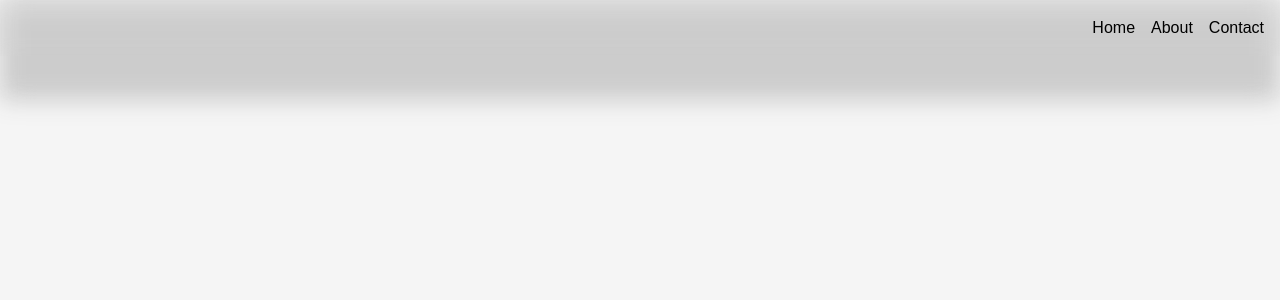
Repository: Iban-del/PortfolioV2
Page: /
The author's editor kept a copy of each file at every save. The page is drawn from the files as they stood at one save, then again after a run of saves.
The browser window is 1280 px wide. The pictures show the whole page.
The project was rebuilt for these pictures with package versions that can differ from the ones it lists, and the page was loaded fresh each time. Also part of the build but not shown: vite.config.ts.

Above is the page before, as saved 2026-09-16 15:00:16.

### index.html
<!doctype html>
<html lang="en">
  <head>
    <meta charset="UTF-8" />
    <link rel="icon" type="image/svg+xml" href="/favicon.svg" />
    <meta name="viewport" content="width=device-width, initial-scale=1.0" />
    <title>portfoliov2</title>
  </head>
  <body>
    <div id="root"></div>
    <script type="module" src="/src/main.tsx"></script>
  </body>
</html>

### src/index.css
@import "tailwindcss";


@custom-variant dark (&:is(.dark *));

@theme inline {
  --font-heading: var(--font-sans);
  --font-sans: 'Inter Variable', sans-serif;
  --color-sidebar-ring: var(--sidebar-ring);
  --color-sidebar-border: var(--sidebar-border);
  --color-sidebar-accent-foreground: var(--sidebar-accent-foreground);
  --color-sidebar-accent: var(--sidebar-accent);
  --color-sidebar-primary-foreground: var(--sidebar-primary-foreground);
  --color-sidebar-primary: var(--sidebar-primary);
  --color-sidebar-foreground: var(--sidebar-foreground);
  --color-sidebar: var(--sidebar);
  --color-chart-5: var(--chart-5);
  --color-chart-4: var(--chart-4);
  --color-chart-3: var(--chart-3);
  --color-chart-2: var(--chart-2);
  --color-chart-1: var(--chart-1);
  --color-ring: var(--ring);
  --color-input: var(--input);
  --color-border: var(--border);
  --color-destructive: var(--destructive);
  --color-accent-foreground: var(--accent-foreground);
  --color-accent: var(--accent);
  --color-muted-foreground: var(--muted-foreground);
  --color-muted: var(--muted);
  --color-secondary-foreground: var(--secondary-foreground);
  --color-secondary: var(--secondary);
  --color-primary-foreground: var(--primary-foreground);
  --color-primary: var(--primary);
  --color-popover-foreground: var(--popover-foreground);
  --color-popover: var(--popover);
  --color-card-foreground: var(--card-foreground);
  --color-card: var(--card);
  --color-foreground: var(--foreground);
  --color-background: var(--background);
  --radius-sm: calc(var(--radius) * 0.6);
  --radius-md: calc(var(--radius) * 0.8);
  --radius-lg: var(--radius);
  --radius-xl: calc(var(--radius) * 1.4);
  --radius-2xl: calc(var(--radius) * 1.8);
  --radius-3xl: calc(var(--radius) * 2.2);
  --radius-4xl: calc(var(--radius) * 2.6);
  @keyframes snake {
  0%, 100% {
    clip-path: inset(0 0 95% 0);
    }
  25% {
    clip-path: inset(0 95% 0 0);
    }
  50% {
    clip-path: inset(95% 0 0 0);
    }
  75% {
    clip-path: inset(0 0 0 95%);
    }
  }
  @keyframes shimmer {
  0% {
    transform: translateX(-100%);
    }
  100% {
    transform: translateX(100%);
    }
  }
}

/* --- Échelle purple (Radix-like) --- */
:root, .light, .light-theme {
  --purple-1: #fdfcfe;
  --purple-2: #fbf8fd;
  --purple-3: #f6eefd;
  --purple-4: #f0e3fb;
  --purple-5: #e9d6f7;
  --purple-6: #dfc6f0;
  --purple-7: #d1b0e7;
  --purple-8: #bf94dc;
  --purple-9: #aa80c6;
  --purple-10: #9e74b9;
  --purple-11: #7c5396;
  --purple-12: #432157;

  --purple-a1: #5500aa03;
  --purple-a2: #6e00b707;
  --purple-a3: #7800e111;
  --purple-a4: #7700db1c;
  --purple-a5: #7700ce29;
  --purple-a6: #7000bc39;
  --purple-a7: #6b00b24f;
  --purple-a8: #6701ac6b;
  --purple-a9: #55008d7f;
  --purple-a10: #4d007f8b;
  --purple-a11: #3d0064ac;
  --purple-a12: #27003ede;

  --purple-contrast: #fff;
  --purple-surface: #faf6fdcc;
  --purple-indicator: #aa80c6;
  --purple-track: #aa80c6;
}

@supports (color: color(display-p3 1 1 1)) {
  @media (color-gamut: p3) {
    :root, .light, .light-theme {
      --purple-1: oklch(99.3% 0.0034 311.1);
      --purple-2: oklch(98.2% 0.0082 311.1);
      --purple-3: oklch(95.9% 0.0215 311.1);
      --purple-4: oklch(93.3% 0.035 311.1);
      --purple-5: oklch(90.1% 0.0489 311.1);
      --purple-6: oklch(86% 0.0639 311.1);
      --purple-7: oklch(80.4% 0.0836 311.1);
      --purple-8: oklch(73.3% 0.1106 311.1);
      --purple-9: oklch(66.6% 0.1106 311.1);
      --purple-10: oklch(62.7% 0.1106 311.1);
      --purple-11: oklch(51.5% 0.1106 311.1);
      --purple-12: oklch(32.1% 0.0983 311.1);

      --purple-a1: color(display-p3 0.349 0.0235 0.6745 / 0.012);
      --purple-a2: color(display-p3 0.302 0.0235 0.7216 / 0.028);
      --purple-a3: color(display-p3 0.4157 0.0078 0.8275 / 0.067);
      --purple-a4: color(display-p3 0.3961 0.0039 0.7882 / 0.11);
      --purple-a5: color(display-p3 0.3765 0.0039 0.7529 / 0.157);
      --purple-a6: color(display-p3 0.3608 0.0039 0.6824 / 0.22);
      --purple-a7: color(display-p3 0.349 0.0039 0.6431 / 0.306);
      --purple-a8: color(display-p3 0.3255 0.0039 0.6196 / 0.412);
      --purple-a9: color(display-p3 0.2745 0.0039 0.5137 / 0.491);
      --purple-a10: color(display-p3 0.251 0 0.4627 / 0.538);
      --purple-a11: color(display-p3 0.1961 0 0.3608 / 0.667);
      --purple-a12: color(display-p3 0.1216 0 0.2235 / 0.863);

      --purple-contrast: #fff;
      --purple-surface: color(display-p3 0.9765 0.9647 0.9922 / 0.8);
      --purple-indicator: oklch(66.6% 0.1106 311.1);
      --purple-track: oklch(66.6% 0.1106 311.1);
    }
  }
}

.dark, .dark-theme {
  --purple-1: #1e1b20;
  --purple-2: #221d26;
  --purple-3: #312639;
  --purple-4: #3d2c48;
  --purple-5: #463353;
  --purple-6: #513e5f;
  --purple-7: #644d73;
  --purple-8: #7f6392;
  --purple-9: #aa80c6;
  --purple-10: #9e74b9;
  --purple-11: #cda8e6;
  --purple-12: #e7dbf1;

  --purple-a1: #8300e905;
  --purple-a2: #9c32f10c;
  --purple-a3: #bf6afd21;
  --purple-a4: #c46dfc32;
  --purple-a5: #c97bff3e;
  --purple-a6: #ce8efd4c;
  --purple-a7: #d89cff62;
  --purple-a8: #daa5ff85;
  --purple-a9: #daa2ffbf;
  --purple-a10: #d79afeb1;
  --purple-a11: #e3b9ffe3;
  --purple-a12: #f3e7fef0;

  --purple-contrast: #fff;
  --purple-surface: #281e3080;
  --purple-indicator: #aa80c6;
  --purple-track: #aa80c6;
}

@supports (color: color(display-p3 1 1 1)) {
  @media (color-gamut: p3) {
    .dark, .dark-theme {
      --purple-1: oklch(22.6% 0.0114 311.1);
      --purple-2: oklch(24.1% 0.0191 311.1);
      --purple-3: oklch(29% 0.0377 311.1);
      --purple-4: oklch(32.6% 0.0532 311.1);
      --purple-5: oklch(35.7% 0.0577 311.1);
      --purple-6: oklch(39.7% 0.0593 311.1);
      --purple-7: oklch(46% 0.0653 311.1);
      --purple-8: oklch(54.6% 0.0789 311.1);
      --purple-9: oklch(66.6% 0.1106 311.1);
      --purple-10: oklch(62.7% 0.1106 311.1);
      --purple-11: oklch(78.6% 0.0945 311.1);
      --purple-12: oklch(90.7% 0.0327 311.1);

      --purple-a1: color(display-p3 0.3294 0 0.9843 / 0.018);
      --purple-a2: color(display-p3 0.6039 0.2118 0.9961 / 0.04);
      --purple-a3: color(display-p3 0.7098 0.4235 0.9961 / 0.124);
      --purple-a4: color(display-p3 0.7451 0.4706 0.9961 / 0.186);
      --purple-a5: color(display-p3 0.7647 0.5137 1 / 0.234);
      --purple-a6: color(display-p3 0.7961 0.5882 1 / 0.287);
      --purple-a7: color(display-p3 0.8196 0.6314 0.9961 / 0.375);
      --purple-a8: color(display-p3 0.8431 0.6667 1 / 0.507);
      --purple-a9: color(display-p3 0.8353 0.6549 0.9961 / 0.732);
      --purple-a10: color(display-p3 0.8314 0.6353 1 / 0.675);
      --purple-a11: color(display-p3 0.8745 0.7412 0.9961 / 0.873);
      --purple-a12: color(display-p3 0.9569 0.9137 1 / 0.93);

      --purple-contrast: #fff;
      --purple-surface: color(display-p3 0.1569 0.1176 0.1882 / 0.5);
      --purple-indicator: oklch(66.6% 0.1106 311.1);
      --purple-track: oklch(66.6% 0.1106 311.1);
    }
  }
}

/* --- Tokens sémantiques : orange remplacé par purple --- */
:root {
  --background: oklch(97.015% 0.00011 271.152);
  --foreground: oklch(0.289 0 0);
  --card: oklch(1 0 0);
  --card-foreground: oklch(0.289 0 0);
  --popover: oklch(1 0 0);
  --popover-foreground: oklch(0.289 0 0);
  --primary: var(--purple-9);
  --primary-foreground: var(--purple-contrast);
  --secondary: oklch(0.946 0 0);
  --secondary-foreground: oklch(0.409 0 0);
  --muted: oklch(0.97 0 0);
  --muted-foreground: oklch(95.815% 0.00011 271.152);
  --accent: var(--purple-4);
  --accent-foreground: var(--purple-11);
  --destructive: oklch(0.631 0.194 29.442);
  --border: oklch(88.531% 0.0001 271.152);
  --input: oklch(0.885 0 0);
  --ring: var(--purple-9);
  --chart-1: var(--purple-8);
  --chart-2: var(--purple-9);
  --chart-3: var(--purple-10);
  --chart-4: var(--purple-11);
  --chart-5: var(--purple-12);
  --radius: 0.625rem;
  --sidebar: oklch(0.97 0 0);
  --sidebar-foreground: oklch(0.289 0 0);
  --sidebar-primary: var(--purple-9);
  --sidebar-primary-foreground: var(--purple-contrast);
  --sidebar-accent: oklch(0.946 0 0);
  --sidebar-accent-foreground: oklch(0.409 0 0);
  --sidebar-border: oklch(0.885 0 0);
  --sidebar-ring: var(--purple-9);

  /* grille de fond */
  --grid-color: oklch(0.92 0 0);
  --grid-size: 32px;
}

.dark {
  --background: oklch(0.239 0 0);
  --foreground: oklch(0.961 0 0);
  --card: oklch(0.285 0 0);
  --card-foreground: oklch(0.961 0 0);
  --popover: oklch(0.285 0 0);
  --popover-foreground: oklch(0.961 0 0);
  --primary: var(--purple-9);
  --primary-foreground: var(--purple-1);
  --secondary: oklch(0.348 0 0);
  --secondary-foreground: oklch(0.961 0 0);
  --muted: oklch(0.348 0 0);
  --muted-foreground: oklch(0.732 0 0);
  --accent: var(--purple-4);
  --accent-foreground: var(--purple-11);
  --destructive: oklch(0.631 0.194 29.442);
  --border: oklch(1 0 0 / 10%);
  --input: oklch(1 0 0 / 15%);
  --ring: var(--purple-9);
  --chart-1: var(--purple-8);
  --chart-2: var(--purple-9);
  --chart-3: var(--purple-10);
  --chart-4: var(--purple-11);
  --chart-5: var(--purple-12);
  --sidebar: oklch(0.285 0 0);
  --sidebar-foreground: oklch(0.961 0 0);
  --sidebar-primary: var(--purple-9);
  --sidebar-primary-foreground: var(--purple-1);
  --sidebar-accent: var(--purple-4);
  --sidebar-accent-foreground: oklch(0.961 0 0);
  --sidebar-border: oklch(1 0 0 / 10%);
  --sidebar-ring: var(--purple-9);

  --grid-color: oklch(1 0 0 / 8%);
  --grid-size: 32px;
}

@layer base {
  * {
    @apply border-border outline-ring/50;
  }

  html, body, #root {
    height: 100%;
    margin: 0;
    padding: 0;
    background: var(--background);
  }

  body {
    @apply bg-background text-foreground;
    background-image:
      linear-gradient(to right, var(--grid-color) 1px, transparent 1px),
      linear-gradient(to bottom, var(--grid-color) 1px, transparent 1px);
    background-size: var(--grid-size) var(--grid-size);
  }

  html {
    @apply font-sans;
  }
}

@utility animate-snake {
    animation: snake 2s linear infinite;
}

@utility animate-shimmer {
    animation: shimmer 2s infinite;
}

### src/App.tsx
import Nav from "./components/Nav"


const links = [
  { name: "Home", href: "/" },
  { name: "About", href: "/about" },
  { name: "Contact", href: "/contact" },
]

function App() {
    return (
      <>
        <Nav links={links} />
      </>
    )
}

export default App

### src/components/Nav.tsx
import { useMemo, useRef, useState } from "react";
import { AiOutlineClose, AiOutlineMenu } from "react-icons/ai";
import { useGSAP } from '@gsap/react';
import gsap from "gsap";




export interface NavProps {
    icon?: React.ReactNode
    links?: { name: string; href: string }[]
}

const Nav = ({
    icon,
    links
}:NavProps) => {

    const [isOpen, setIsOpen] = useState(false);
    const nav = useRef<HTMLElement>(null);
    const mobileMenu = useRef<HTMLDivElement>(null);
    const background = useRef<HTMLDivElement>(null);
    const { contextSafe } = useGSAP(()=>{

    },{scope: nav});


    const LinksNode = useMemo(()=>{
        return links?.map((link, index) => {
            return (
                <a
                    key={index + '-nav-link'}
                    href={link.href}
                    className="text-black hover:text-primary transition-colors duration-300"
                >
                    {link.name}
                </a>
            )
        })
    },[links]);


    const toggleHamburgerClick = contextSafe(() => {

        if(!isOpen){
            gsap.fromTo(
                mobileMenu.current,
                {y: -100, opacity: 0},
                {y: 0, opacity: 1, duration: 0.5, ease: "power2.out",display: "flex"}
            );
            gsap.fromTo(
                background.current,
                {height:"25px"},
                {height:"100vh", duration: 0.5, ease: "power2.out"}
            );
        }else{
            gsap.fromTo(
                mobileMenu.current,
                {y: 0, opacity: 1},
                { y: -100, opacity: 0, duration: 0.5, ease: "power2.in",display: "none"}
            );
            gsap.fromTo(
                background.current,
                {height:"100vh"},
                {height:"25px", duration: 0.5, ease: "power2.in"}
            );
        }
        setIsOpen(!isOpen);
    });

    return (
        <>

            <div  ref={background} className="w-screen h-25 fixed blur-md bg-foreground/20 backdrop-blur-sm"></div>
            <nav  ref={nav} className="bg-transparentc fixed w-screen backdrop-blur-sm p-4 h- flex items-center justify-between">
                <div>
                    {icon}
                </div>
                <div className="gap-4 md:flex hidden">
                    {LinksNode}
                </div>
                <div className="md:hidden flex">
                    <button onClick={toggleHamburgerClick} className="text-black hover:text-primary transition-colors duration-300">
                        { isOpen ? <AiOutlineClose /> : <AiOutlineMenu />}
                    </button>
                </div>
                <div
                    ref={mobileMenu}
                    className="absolute top-16 left-0 w-full bg-transparent p-4 hidden flex-col gap-4 "
                >
                    {LinksNode}
                </div>
            </nav>
        </>
    )
}

export default Nav

Loaded but not shown: src/main.tsx (common file)

After the next 2 saves:
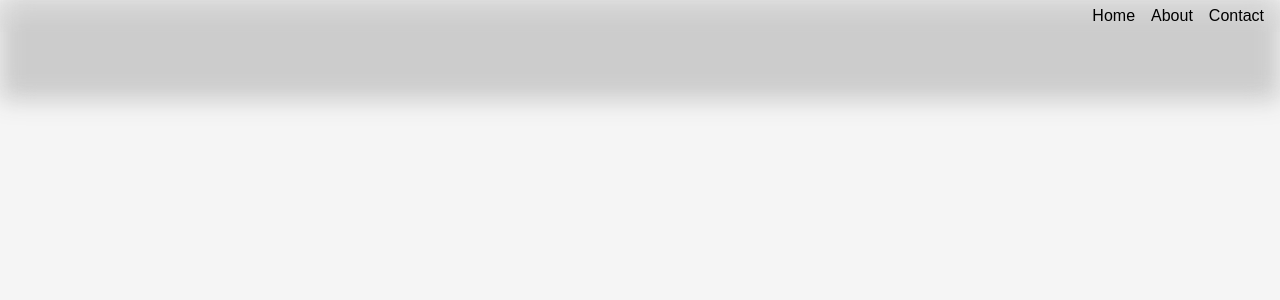
The 2 saves are shown as one change because they came seconds apart.
The last was saved 2 min 3 s later.
--- a/src/components/Nav.tsx
+++ b/src/components/Nav.tsx
@@ -72,7 +72,7 @@
         <>
 
             <div  ref={background} className="w-screen h-25 fixed blur-md bg-foreground/20 backdrop-blur-sm"></div>
-            <nav  ref={nav} className="bg-transparentc fixed w-screen backdrop-blur-sm p-4 h- flex items-center justify-between">
+            <nav  ref={nav} className="bg-transparentc fixed w-screen backdrop-blur-sm p-4 h-[25px] flex items-center justify-between">
                 <div>
                     {icon}
                 </div>

After the save that followed:
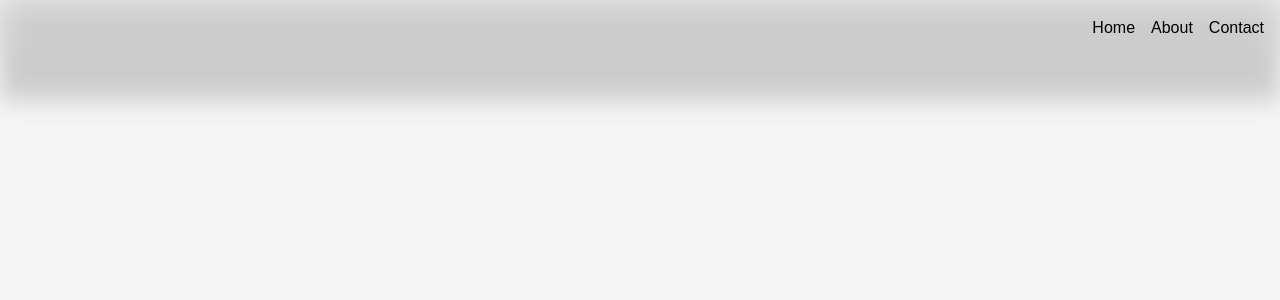
Saved 14 s later.
--- a/src/components/Nav.tsx
+++ b/src/components/Nav.tsx
@@ -72,7 +72,7 @@
         <>
 
             <div  ref={background} className="w-screen h-25 fixed blur-md bg-foreground/20 backdrop-blur-sm"></div>
-            <nav  ref={nav} className="bg-transparentc fixed w-screen backdrop-blur-sm p-4 h-[25px] flex items-center justify-between">
+            <nav  ref={nav} className="bg-transparentc fixed w-screen backdrop-blur-sm p-4 h-[55px] flex items-center justify-between">
                 <div>
                     {icon}
                 </div>
